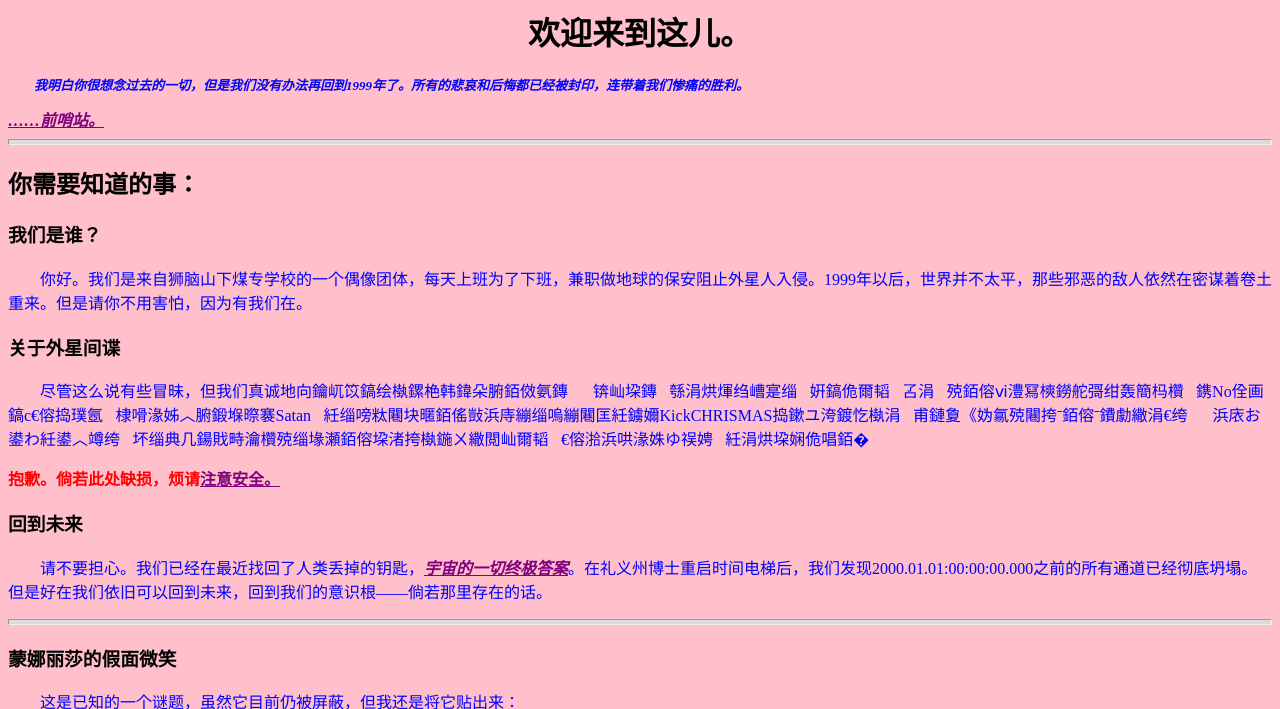
Repository: Yeyuehuke/Webstudy-Feidian
Page: 02-CSSlearning/02-WorkingwithText/index.html
The author's editor kept a copy of each file at every save. The page is drawn from the files as they stood at one save, then again after a run of saves.
The browser window is 1280 px wide. The pictures show the part of the page from y = 0 to 709 px (the page is 937 px tall).
A picture or video elsewhere on the page could not be fetched, so the positions and the page height are approximate.

Above is the page before, as saved 2020-05-18 16:55:42.

### 02-CSSlearning/02-WorkingwithText/index.html
<html>
    <head>
        <link href="03-font-style.css" type="text/css" rel="stylesheet"/>
        <title>倒数防御计划</title>
    </head>
    <body>
        <h1>欢迎来到这儿。</h1>
        <p class="quote">我明白你很想念过去的一切，但是我们没有办法再回到1999年了。所有的悲哀和后悔都已经被封印，连带着我们惨痛的胜利。</p>
        <a href="https://yeyuehuke.github.io/Savetimelake.github.io/">……前哨站。</a>
        <hr/>
        <h2>你需要知道的事：</h2>
        <h3>我们是谁？</h3>
        <p>你好。我们是来自狮脑山下煤专学校的一个偶像团体，每天上班为了下班，兼职做地球的保安阻止外星人入侵。1999年以后，世界并不太平，那些邪恶的敌人依然在密谋着卷土重来。但是请你不用害怕，因为有我们在。</p>
        <h3>关于外星间谍</h3>
        <p>尽管这么说有些冒昧，但我们真诚地向鑰屼笖鎬绘槸鏍栬韩鍏朵腑銆傚氨鏄锛屾垜鏄綔涓烘煇绉嶆寔缁姸鎬佹爾韬叾涓殑銆傛ⅵ澧冩樉鐒舵彁绀轰簡杩欑鎸No佺画鎬с€傛捣璞氬棣嗗湪姊︿腑鍛堢暩褰Satan紝缁嗙粏闀块暱銆傜敱浜庤繃缁嗚繃闀匡紝鐪嬭KickCHRISMAS捣鏉ユ洿鍍忔槸涓甫鏈夐《妫氱殑闀挎ˉ銆傛ˉ鐨勮繖涓€绔浜庡お鍙わ紝鍙︿竴绔坏缁典几鍚戝畤瀹欑殑缁堟瀬銆傛垜渚挎槸鍦ㄨ繖閲屾爾韬€傛湁浜哄湪姝ゆ祦娉紝涓烘垜娴佹唱銆�</p>
        <b>抱歉。倘若此处缺损，烦请</b><a href="https://mp.weixin.qq.com/s/HiizJ-fNQBOqD6W6NqyFlQ" style="font-style: normal;">注意安全。</a>
        <h3>回到未来</h3>
        <p>请不要担心。我们已经在最近找回了人类丢掉的钥匙，<a href="https://www.cameronsworld.net/">宇宙的一切终极答案</a>。在礼义州博士重启时间电梯后，我们发现2000.01.01:00:00:00.000之前的所有通道已经彻底坍塌。但是好在我们依旧可以回到未来，回到我们的意识根——倘若那里存在的话。</p>
        <hr/>
        <h3>蒙娜丽莎的假面微笑</h3>
        <p>这是已知的一个谜题，虽然它目前仍被屏蔽，但我还是将它贴出来：</p>
        <a href="https://yeyuehuke.github.io/Moon.github.io/"><img src="/img/olschoolquestion1.jpg"/ height="200" alt="抱歉，可能是你的权限不足，或者请检查你的附近有没有非正常生物的踪迹。"/></a>
    </body>
</html>

### 02-CSSlearning/02-WorkingwithText/03-font-style.css
body {
    background-color: pink;
}
hr {
    height: 4px;
    background-color: gainsboro;
}
p {
    color: blue;
    text-indent: 2em;
}
a {
    color: purple;
    font-style: italic;
    font-weight: bold;
}
b {
    color: red;
}
h1 {
    text-align: center;
}
p.quote {
    font-family: SimSun;
    font-style: oblique;
    font-weight: bold;
    font-size: small;
}

### 02-CSSlearning/02-WorkingwithText/06-color.css
body {
    background-color: pink;
}
hr {
    height: 4px;
    background-color: gainsboro;
}
p {
    color: blue;
    text-indent: 2em;
}
a {
    color: purple;
    font-style: italic;
    font-weight: bold;
}
b {
    color: red;
}
h1 {
    text-align: center;
}
p.quote {
    font-family: SimSun;
    font-style: oblique;
    font-weight: bold;
    font-size: small;
    color: gainsboro;
}

After the next 3 saves:
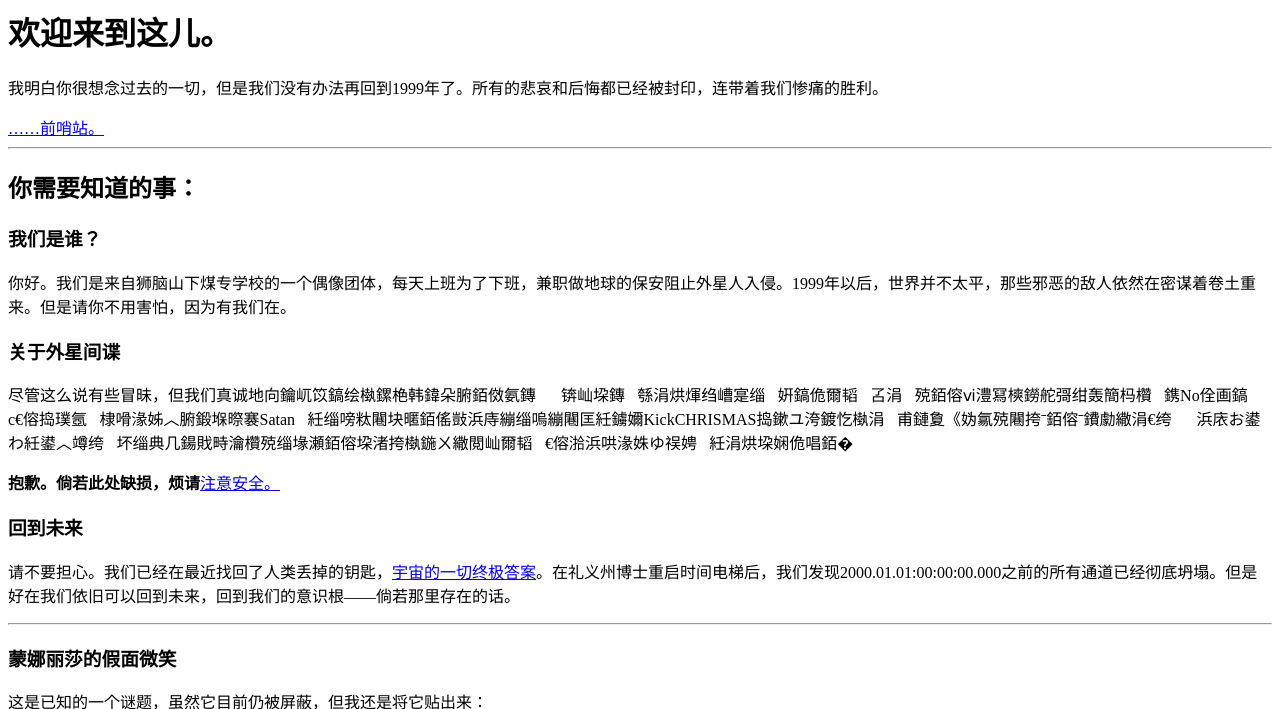
The 3 saves are shown as one change because they came seconds apart.
The last was saved 15 s later.
--- a/02-CSSlearning/02-WorkingwithText/index.html
+++ b/02-CSSlearning/02-WorkingwithText/index.html
@@ -1,6 +1,6 @@
 <html>
     <head>
-        <link href="03-font-style.css" type="text/css" rel="stylesheet"/>
+        <link href="." type="text/css" rel="stylesheet"/>
         <title>倒数防御计划</title>
     </head>
     <body>

After the save that followed:
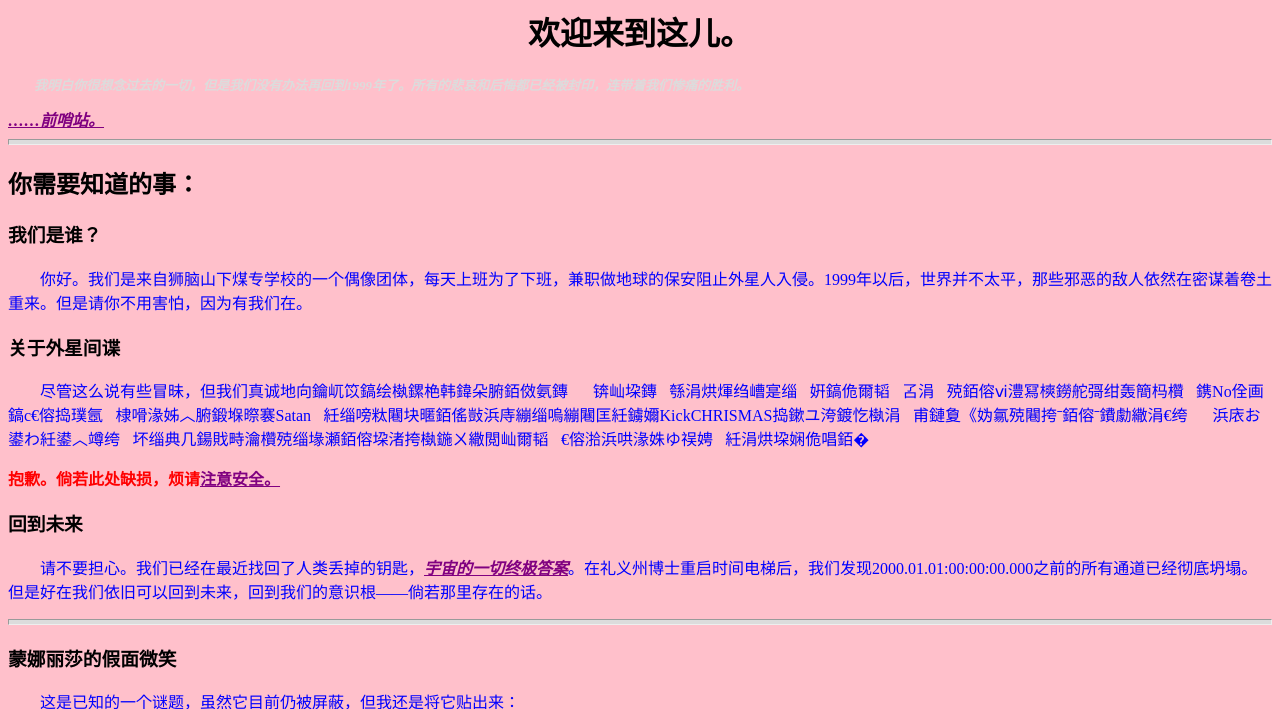
Saved 6 s later.
--- a/02-CSSlearning/02-WorkingwithText/index.html
+++ b/02-CSSlearning/02-WorkingwithText/index.html
@@ -1,6 +1,6 @@
 <html>
     <head>
-        <link href="." type="text/css" rel="stylesheet"/>
+        <link href="06-color.css" type="text/css" rel="stylesheet"/>
         <title>倒数防御计划</title>
     </head>
     <body>
